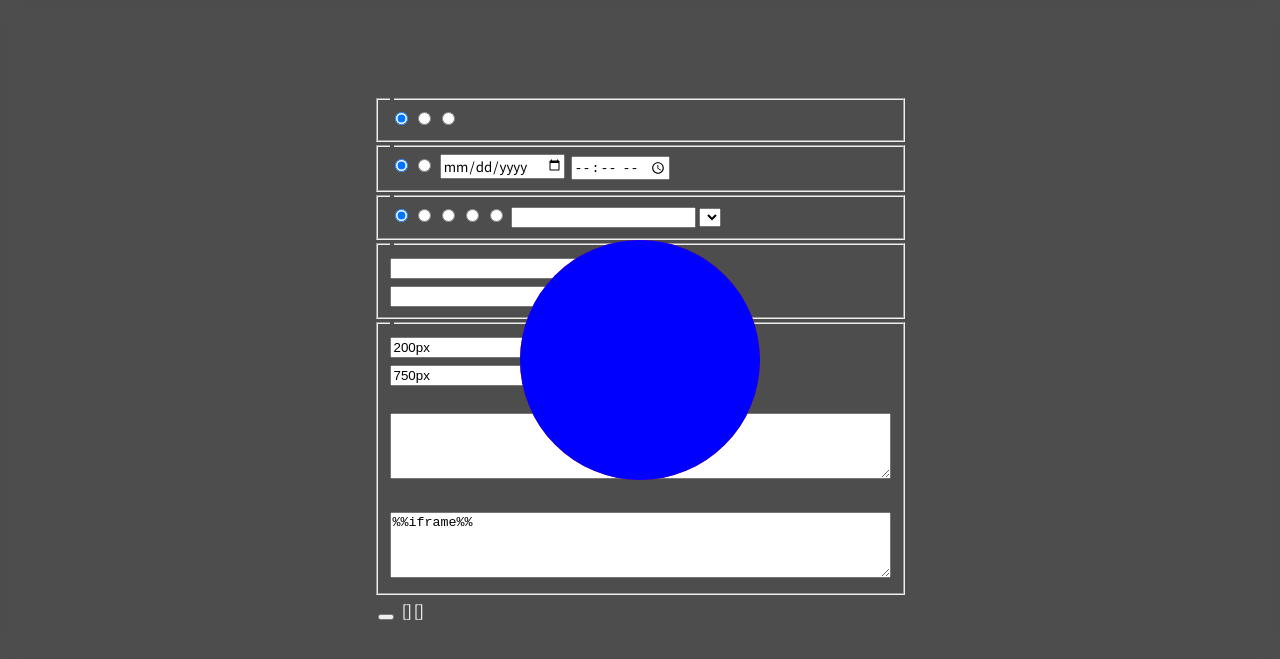
Repository: cirisus/ArknighTimer
Page: timer-selector.html
The author's editor kept a copy of each file at every save. The page is drawn from the files as they stood at one save, then again after the next save.
The browser window is 1280 px wide. The pictures show the whole page.
Some web fonts or font styles are not loaded; a fallback is used.

Above is the page before, as saved 2024-03-08 22:17:54.

After the next save:
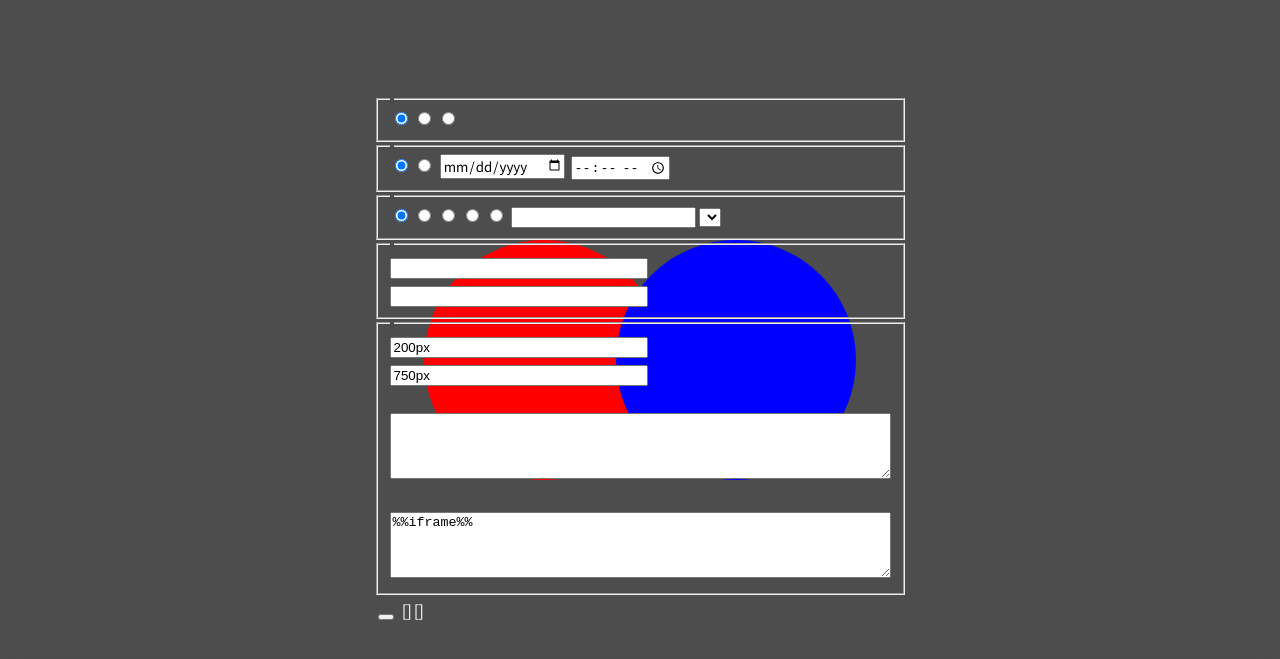
Saved 26 s later.
--- a/timer-selector.css
+++ b/timer-selector.css
@@ -44,6 +44,8 @@
     height: var(--size);
     border-radius: 50%;
     background-color: #f00;
+    z-index: -1;
+    transform: translateX(-40%);
   }
   &::after {
     content: '';
@@ -54,6 +56,8 @@
     height: var(--size);
     border-radius: 50%;
     background-color: #00f;
+    z-index: -1;
+    transform: translateX(40%);
   }
 }
 input[type="date" i] {
